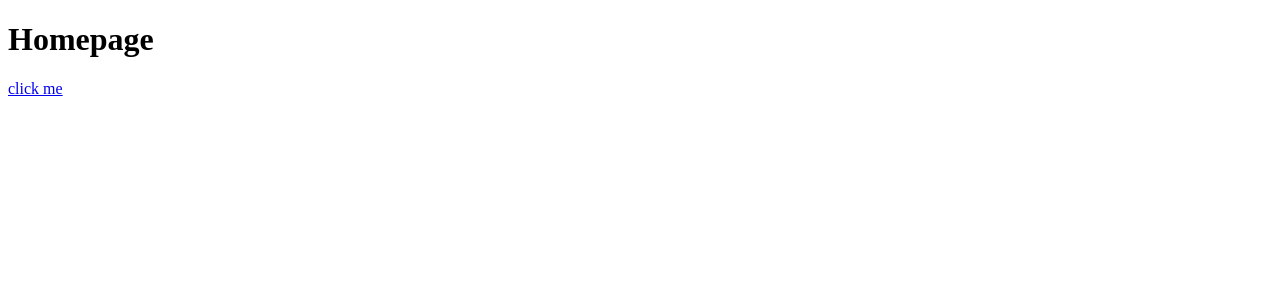
Repository: mnhardy1504/odin-recipes1
Page: odin-links-and-images/index.html
These files come from the project's save history. The page is drawn as it stood at one moment and after the next save; the edit follows.
The browser window is 1280 px wide. The pictures show the whole page.

Above is the page before, as saved 2023-08-18 20:45:09.

### odin-links-and-images/index.html
<!DOCTYPE html>
<html lang="en">
    <head>
        <meta charset="UTF-8">
        <title>My First Webpage</title>
    </head>

    <body>
        <h1>Homepage</h1>
        <a href="https://www.theodinproject.com/about" target="_blank" rel="noopener noreferrer">click me</a>
    </body>
</html>

After the next save:
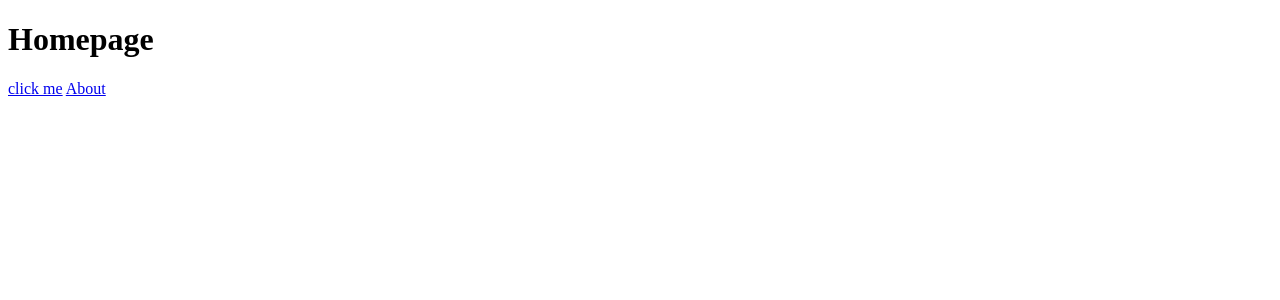
Saved 51 s later.
--- a/odin-links-and-images/index.html
+++ b/odin-links-and-images/index.html
@@ -8,5 +8,6 @@
     <body>
         <h1>Homepage</h1>
         <a href="https://www.theodinproject.com/about" target="_blank" rel="noopener noreferrer">click me</a>
+        <a href="about.html">About</a>
     </body>
 </html>
